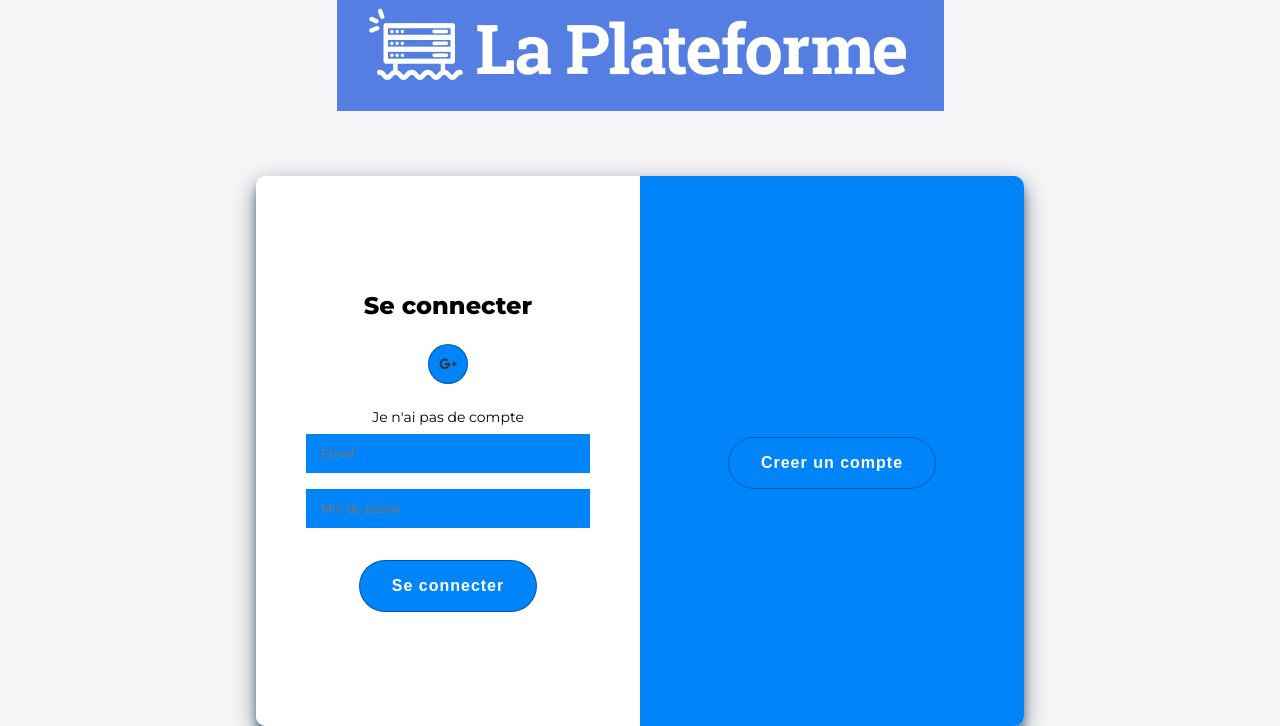
Repository: karim-sebih/runtrackJs
Page: bigjob/index.html
An editor plug-in stored every save of this project. The page is shown before and after a run of saves, followed by the edit.
The browser window is 1280 px wide. The pictures show the whole page.
Some web libraries are served in a nearby version.

Above is the page before, as saved 2025-03-21 08:47:35.

After the next 2 saves:
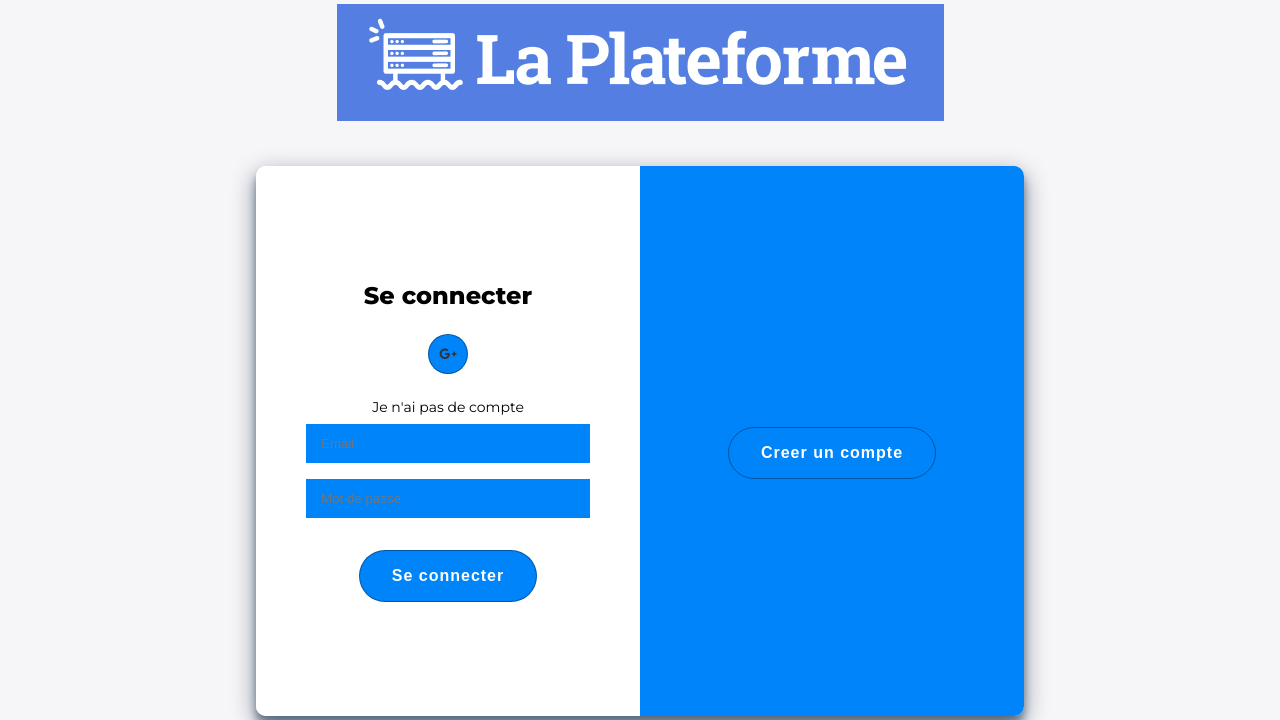
The 2 saves are shown as one change because they came seconds apart.
The last was saved 7 s later.
--- a/bigjob/css/index.css
+++ b/bigjob/css/index.css
@@ -20,7 +20,7 @@ body {
     display: flex;
     align-content: center;
     justify-content: center;
-    margin-bottom:65px ;
+    margin-bottom:45px ;
 }
 
 
